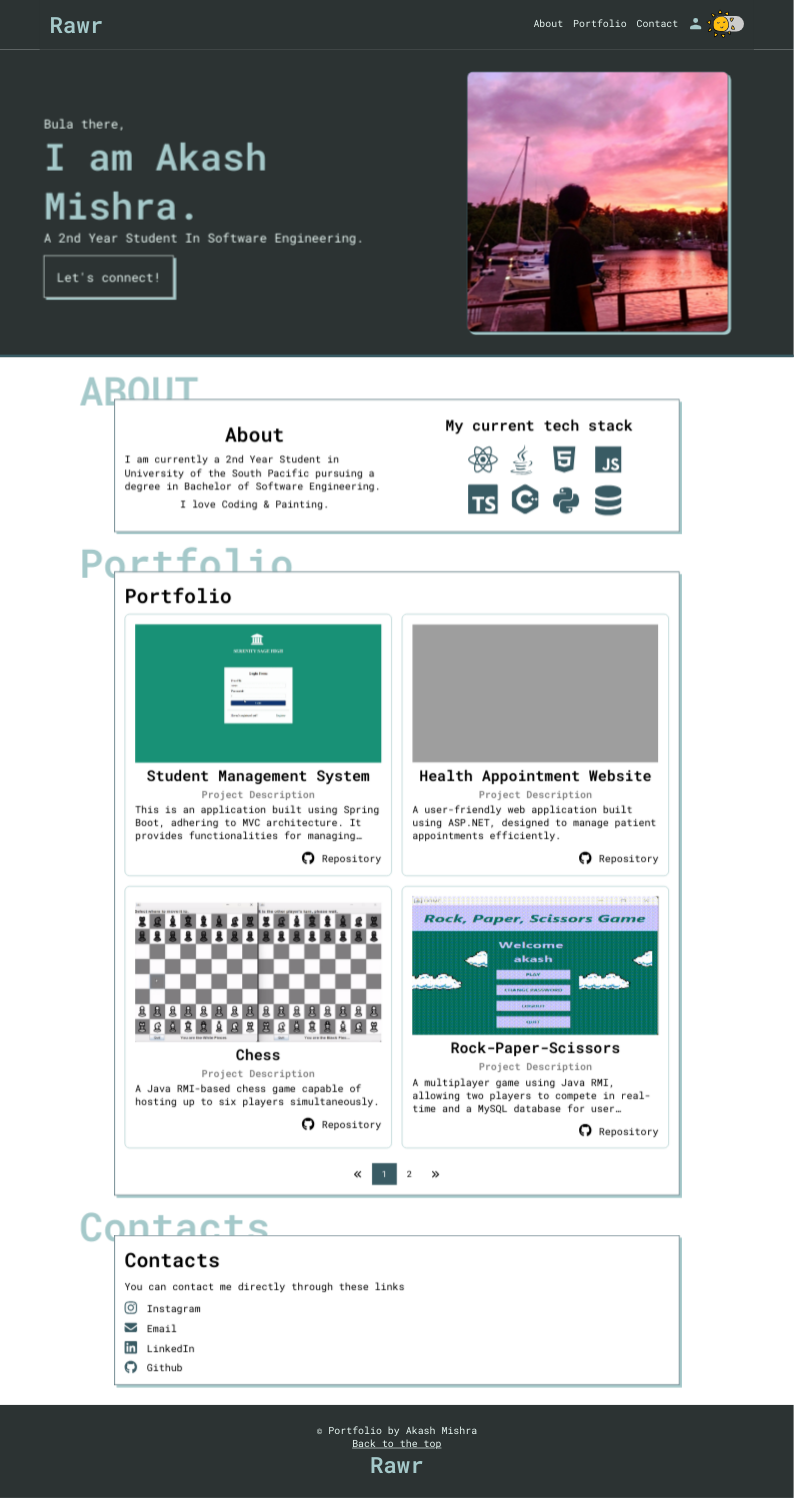
Repository: akashrawr/portfolio
Page: /
The author's editor kept a copy of each file at every save. The page is drawn from the files as they stood at one save, then again after the next save.
The browser window is 1280 px wide. The pictures show the whole page, at 62% of full size.
Pictures or frames that could not be fetched are drawn as grey boxes. The project was rebuilt for these pictures with package versions that can differ from the ones it lists, and the page was loaded fresh each time.

Above is the page before, as saved 2025-01-01 20:46:51.

After the next save:
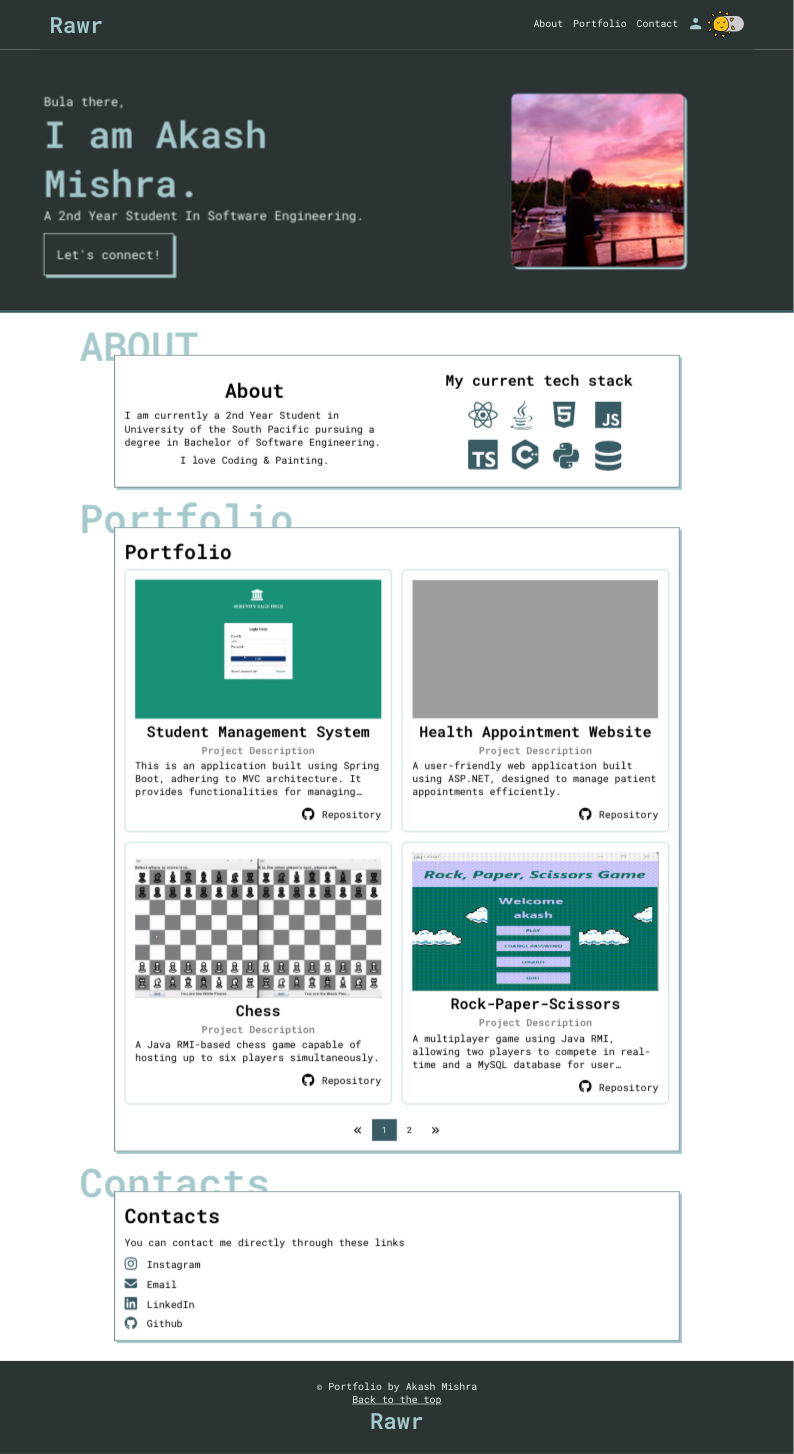
Saved 5 min 50 s later.
--- a/src/App.css
+++ b/src/App.css
@@ -284,7 +284,7 @@ section {
 }
 
 .hero-image {
-  max-width: 75%;
+  max-width: 50%;
   height: auto;
   border-radius: 10px;
   box-shadow: 0 4px 8px rgba(0, 0, 0, 0.1);
